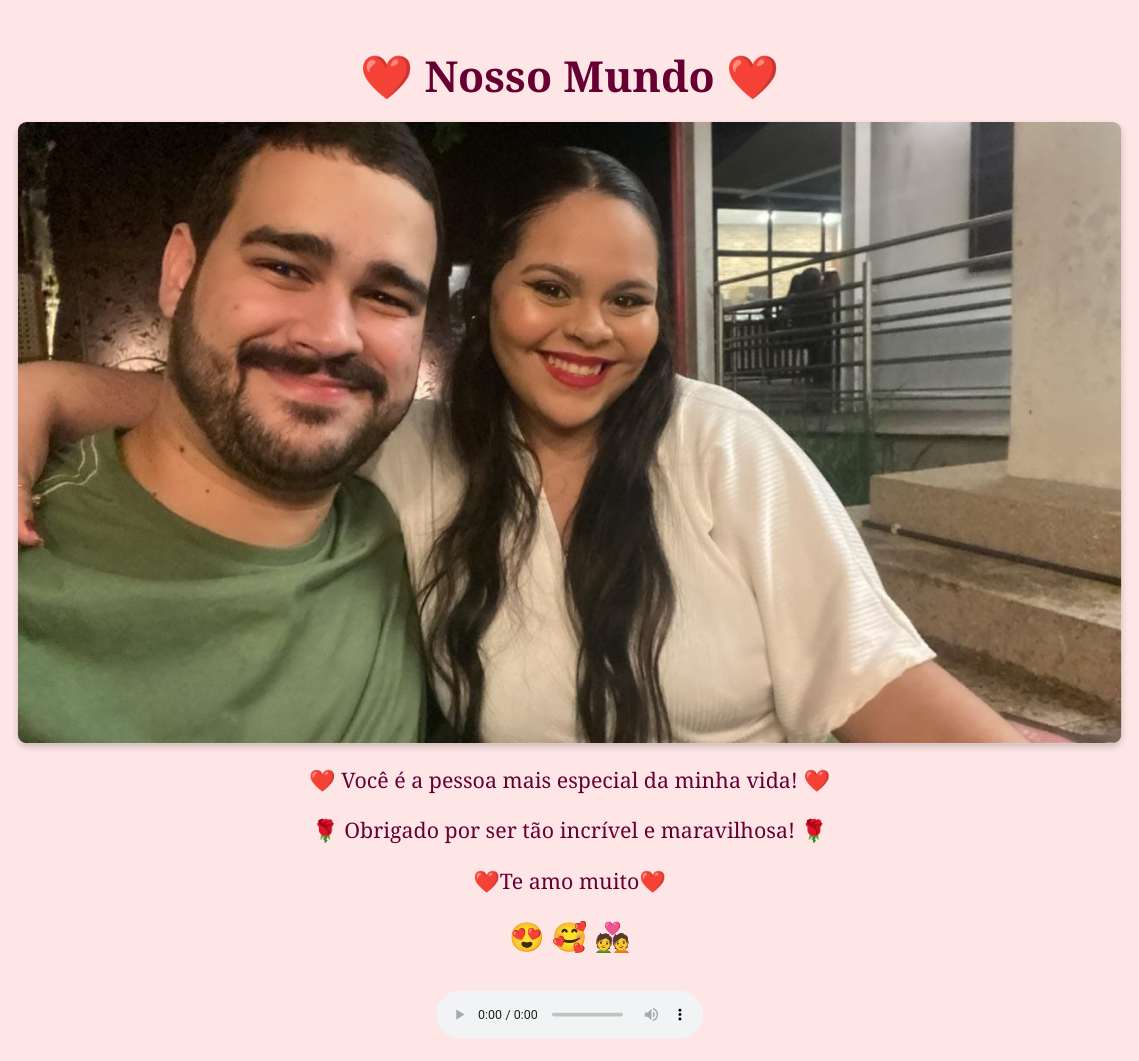
Repository: EduardoNegri/romantic
Page: Downloads/romantic/index.html
An editor plug-in stored every save of this project. The page is shown before and after the next save, followed by the edit.
The browser window is 1280 px wide. The pictures show the whole page, at 89% of full size.

Above is the page before, as saved 2025-03-05 14:52:48.

After the next save:
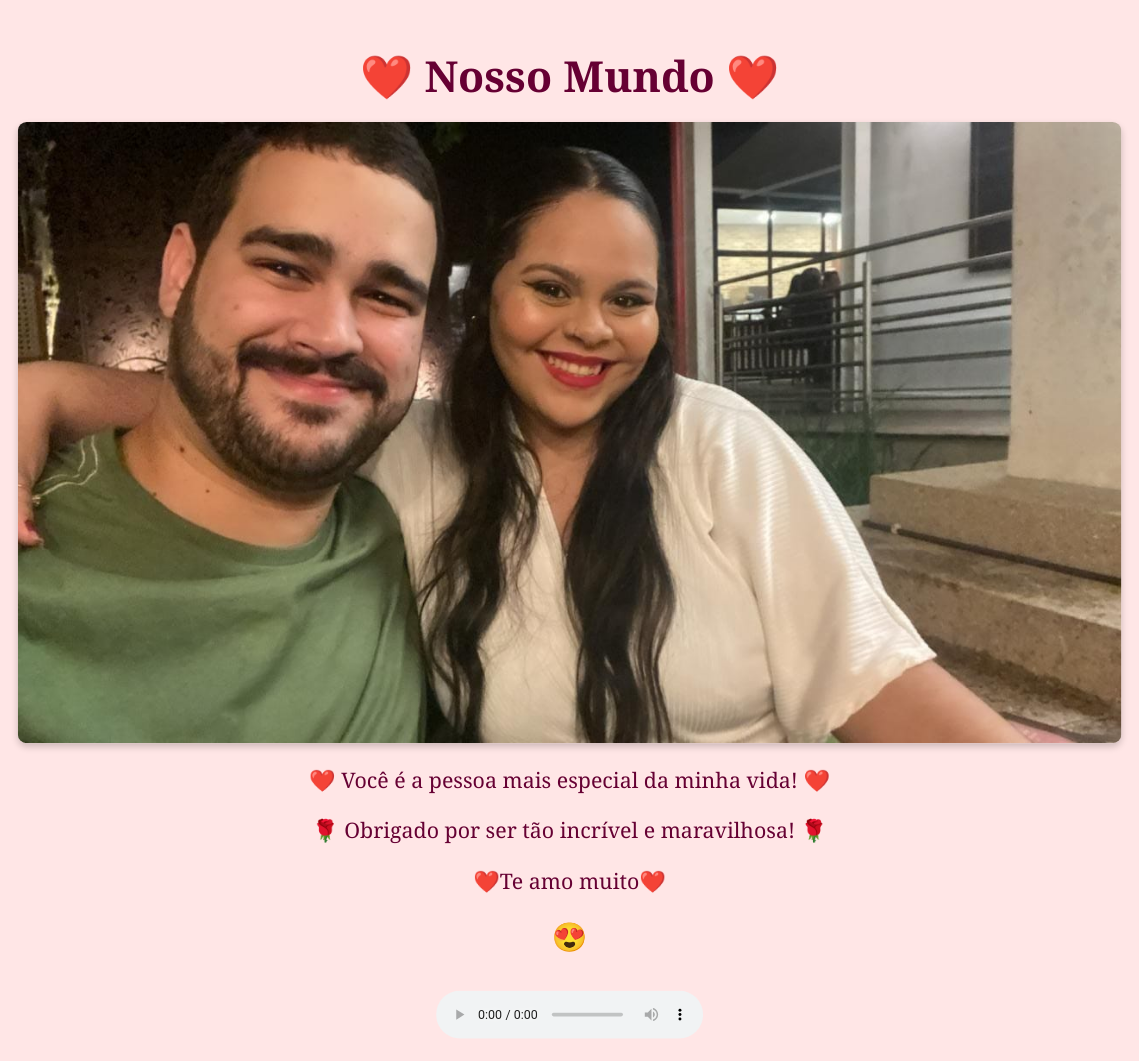
Saved 26 s later.
--- a/Downloads/romantic/index.html
+++ b/Downloads/romantic/index.html
@@ -28,8 +28,7 @@
         <!-- Área para emojis -->
         <div class="emojis">
             <span>😍</span>
-            <span>🥰</span>
-            <span>💑</span>
+
             <!-- Adicione mais emojis aqui -->
         </div>
 
